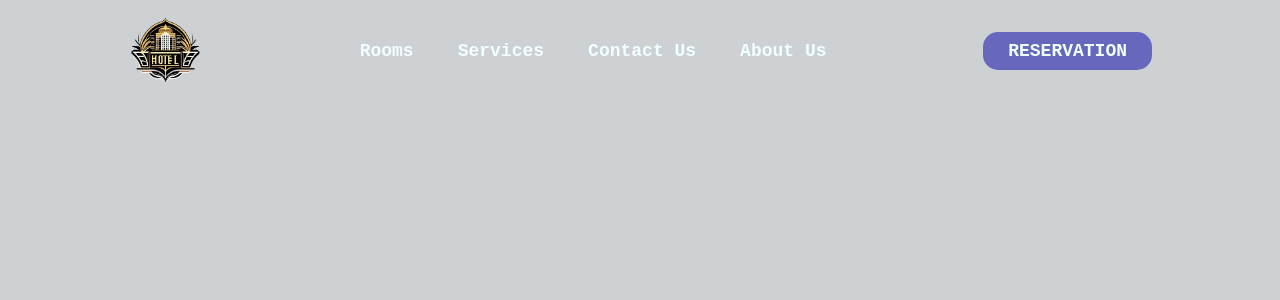
Repository: DhananjayaLakshan/Uom-Web_Design_For_Beginners
Page: Final Assignment/index.html
The author's editor kept a copy of each file at every save. The page is drawn from the files as they stood at one save, then again after the next save.
The browser window is 1280 px wide. The pictures show the whole page.
The pointer rests on the first visible `button`.

Above is the page before, as saved 2023-11-29 13:59:51.

After the next save:
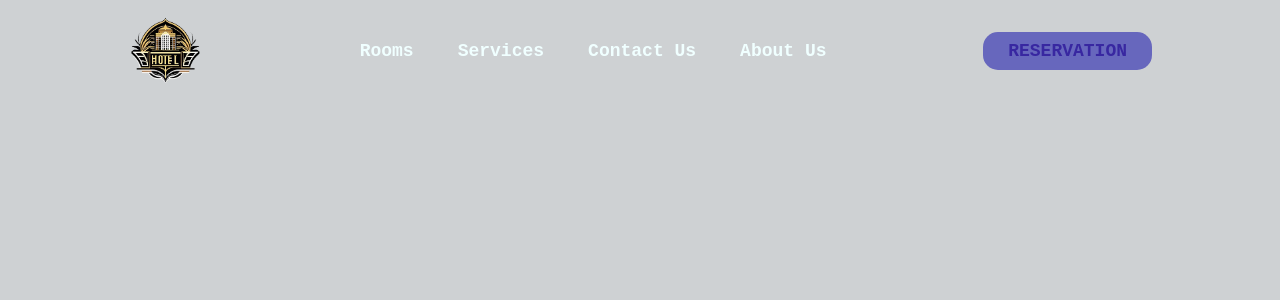
Saved 4 s later.
--- a/Final Assignment/style.css
+++ b/Final Assignment/style.css
@@ -54,5 +54,5 @@ button{
 }
 
 button:hover{
-    color: rgb(56, 39, 161)89);
+    color: rgb(56, 39, 161);
 }
